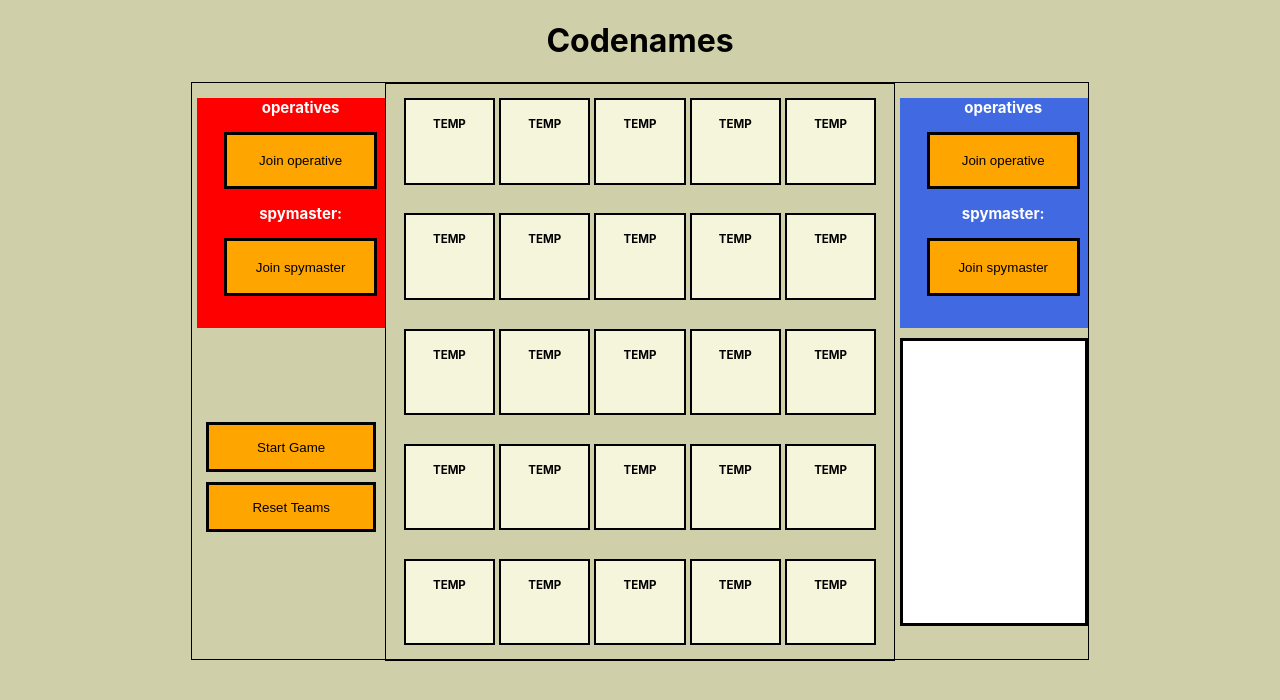
Repository: alcarrizo/Codenames-Fullstack
Page: / (app in client/)
An editor plug-in stored every save of this project. The page is shown before and after the next save, followed by the edit.
The browser window is 1280 px wide. The pictures show the whole page.
The project was rebuilt for these pictures with package versions that can differ from the ones it lists, and the page was loaded fresh each time. Imported but missing from the stored project, and not drawn on this page: client/src/reportWebVitals.

Above is the page before, as saved 2023-01-09 20:29:33.

After the next save:
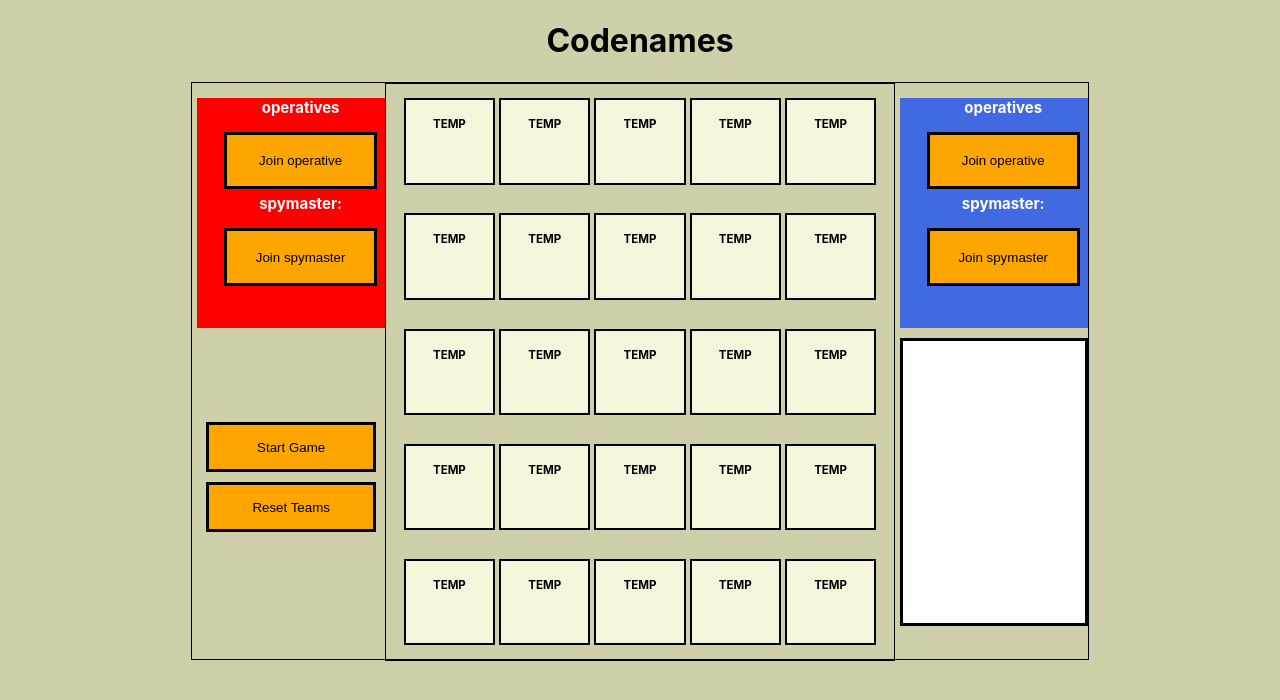
Saved 7 s later.
--- a/client/src/css/styles.css
+++ b/client/src/css/styles.css
@@ -136,6 +136,7 @@ body.blue {
     margin: 0 auto;
     background-color: orange;
     border: black solid 3px;
+    margin-bottom: -10px;
 }
 
 .join-button.hide {
